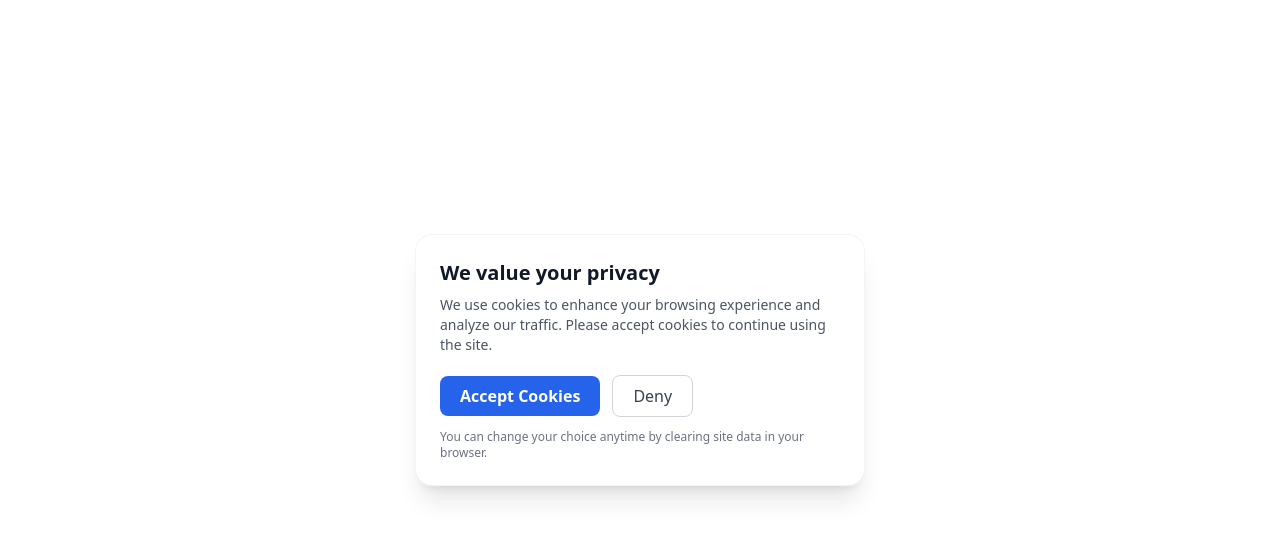
Repository: sailochan19171/tinku-co-pet-nutrition-website-
Page: / (app in project/)
These files come from the project's save history. The page is drawn as it stood at one moment and after the next save; the edit follows.
The browser window is 1280 px wide. The pictures show the whole page.
The page's requests for data from a server got no answer. The project was rebuilt for these pictures with package versions that can differ from the ones it lists, and the page was loaded fresh each time. No one was signed in, and anything a server would have sent is missing. Also part of the build but not shown: project/vite.config.ts, project/src/components/AuthModal.tsx, project/src/components/Header.tsx, project/src/components/Hero.tsx, project/src/components/ProductCategories.tsx, project/src/components/Muscles.tsx, project/src/components/HealthBenefits.tsx, project/src/components/NutritionScience.tsx and 10 more.

Above is the page before, as saved 2025-09-14 10:49:18.

### project/index.html
<!doctype html>
<html lang="en">
  <head>
    <meta charset="UTF-8" />
    <link rel="icon" type="image/svg+xml" href="/vite.svg" />
    <meta name="viewport" content="width=device-width, initial-scale=1.0" />
    <title>Tinku & Co. - Premium Pet Nutrition</title>
    <meta name="description" content="Advanced pet nutrition backed by science. Discover high-quality, scientifically formulated pet food for dogs and cats from Tinku & Co." />
    <script src="https://checkout.razorpay.com/v1/checkout.js"></script>
  </head>
  <body>
    <div id="root"></div>
    <script type="module" src="/src/main.tsx"></script>
  </body>
</html>

### project/src/App.tsx
import React, { useEffect, useState } from 'react';
import { Routes, Route } from 'react-router-dom';
import Header from './components/Header';
import Hero from './components/Hero';
import ProductCategories from './components/ProductCategories';

import Muscles from './components/Muscles';
import HealthBenefits from './components/HealthBenefits';
import NutritionScience from './components/NutritionScience';
import NutritionGuide from './components/NutritionGuide';
// import Testimonials from './components/Testimonials';
import AboutUs from './components/AboutUs';
import FAQ from './components/FAQ';

import ChatBot from './components/ChatBot';
import Footer from './components/Footer';
import PetQuizModal from './components/PetQuizModal';
import MealPlanPreview from './components/MealPlanPreview';
import SplashScreen from './components/SplashScreen';
import CookieGate from './components/CookieGate';

// New pages
import QuizPage from './pages/QuizPage';
import JourneyPage from './pages/JourneyPage';

function Home() {
  const [quizOpen, setQuizOpen] = useState(false);
  return (
    <div className="min-h-screen bg-white">
      <Header />
      <main className="space-y-20">
        <Hero onStartQuiz={() => setQuizOpen(true)} />
        <MealPlanPreview />
        <ProductCategories />
        <Muscles />
        <HealthBenefits />
        <NutritionScience />
        <NutritionGuide />
        <AboutUs />
        <FAQ />
      </main>
      <ChatBot />
      <Footer />
      <PetQuizModal open={quizOpen} onClose={() => setQuizOpen(false)} />
    </div>
  );
}

function App() {
  const [showSplash, setShowSplash] = useState(true);

  useEffect(() => {
    // Fallback to hide splash in case the SplashScreen onFinish doesn't fire
    const t = setTimeout(() => setShowSplash(false), 1500);
    return () => clearTimeout(t);
  }, []);

  return (
    <CookieGate>
      {showSplash && (
        <SplashScreen onFinish={() => setShowSplash(false)} />
      )}
      {!showSplash && (
        <Routes>
          <Route path="/" element={<Home />} />
          <Route path="/find-recipe" element={<QuizPage />} />
          <Route path="/start-journey" element={<JourneyPage />} />
        </Routes>
      )}
    </CookieGate>
  );
}

export default App;

### project/src/index.css
@tailwind base;
@tailwind components;
@tailwind utilities;

/* Base typography and smoothing for a premium feel */
@layer base {
  html { scroll-behavior: smooth; }
  body {
    @apply antialiased text-gray-900 bg-white;
  }
}

/* Reusable layout helpers */
@layer components {
  .container-premium { @apply max-w-7xl mx-auto px-6 lg:px-8; }
  .section-premium { @apply py-20 sm:py-24; }
  .heading-hero { @apply text-4xl sm:text-5xl md:text-6xl lg:text-7xl font-bold text-blue-600; }
  .heading-section { @apply text-4xl lg:text-5xl font-bold text-blue-600; }
  .btn-primary { @apply inline-flex items-center justify-center bg-blue-600 hover:bg-blue-700 text-white font-semibold py-3.5 px-7 rounded-lg transition-colors; }
  .card-soft { @apply bg-white rounded-xl shadow-sm ring-1 ring-gray-100; }
}

### project/src/components/CookieGate.tsx
import React, { useEffect, useState } from 'react';

// A hard gate that prevents app rendering until cookies are accepted.
// Stores a signed-style marker in localStorage (no real crypto, just a simple token).

const STORAGE_KEY = 'tinku.cookie.consent.v1';

function generateToken() {
  // Simple pseudo-token; for real signing, use server.
  return 'consented.' + Math.random().toString(36).slice(2) + '.' + Date.now();
}

const CookieGate: React.FC<{ children: React.ReactNode }> = ({ children }) => {
  const [consented, setConsented] = useState<boolean | null>(null);

  useEffect(() => {
    const existing = localStorage.getItem(STORAGE_KEY);
    setConsented(Boolean(existing));
  }, []);

  if (consented) {
    return <>{children}</>;
  }

  if (consented === null) {
    // first render before we check storage
    return null;
  }

  return (
    <div className="fixed inset-0 z-[1100] flex items-center justify-center bg-white">
      <div className="max-w-md mx-auto p-6 rounded-2xl shadow-xl ring-1 ring-gray-100 bg-white">
        <h2 className="text-xl font-semibold text-gray-900">We value your privacy</h2>
        <p className="mt-2 text-sm text-gray-600">
          We use cookies to enhance your browsing experience and analyze our traffic. Please accept cookies to continue using the site.
        </p>
        <div className="mt-5 flex items-center gap-3">
          <button
            className="btn-primary px-5 py-2 rounded-lg"
            onClick={() => {
              const token = generateToken();
              localStorage.setItem(STORAGE_KEY, token);
              setConsented(true);
            }}
          >
            Accept Cookies
          </button>
          <button
            className="inline-flex items-center justify-center px-5 py-2 rounded-lg border border-gray-300 text-gray-700 hover:bg-gray-50"
            onClick={() => {
              // Deny keeps the gate; user cannot access the site.
              // Optionally, you could redirect to an info page.
              alert('You must accept cookies to use this website.');
            }}
          >
            Deny
          </button>
        </div>
        <p className="mt-3 text-xs text-gray-500">
          You can change your choice anytime by clearing site data in your browser.
        </p>
      </div>
    </div>
  );
};

export default CookieGate;

### project/tailwind.config.js
/** @type {import('tailwindcss').Config} */
export default {
  content: ['./index.html', './src/**/*.{js,ts,jsx,tsx}'],
  theme: {
    extend: {
      colors: {
        // Brand palette from screenshot
        brand: {
          primary: '#2f7ebe', // blue
          primaryDark: '#23648f',
          accent1: '#e97451', // secondary warm
          accent2: '#f58870',
          tint1: '#ffe4d0',
          tint2: '#c0e2f7',
        },
      },
    },
  },
  plugins: [],
};

Loaded but not shown: project/src/main.tsx (common file)

After the next save:
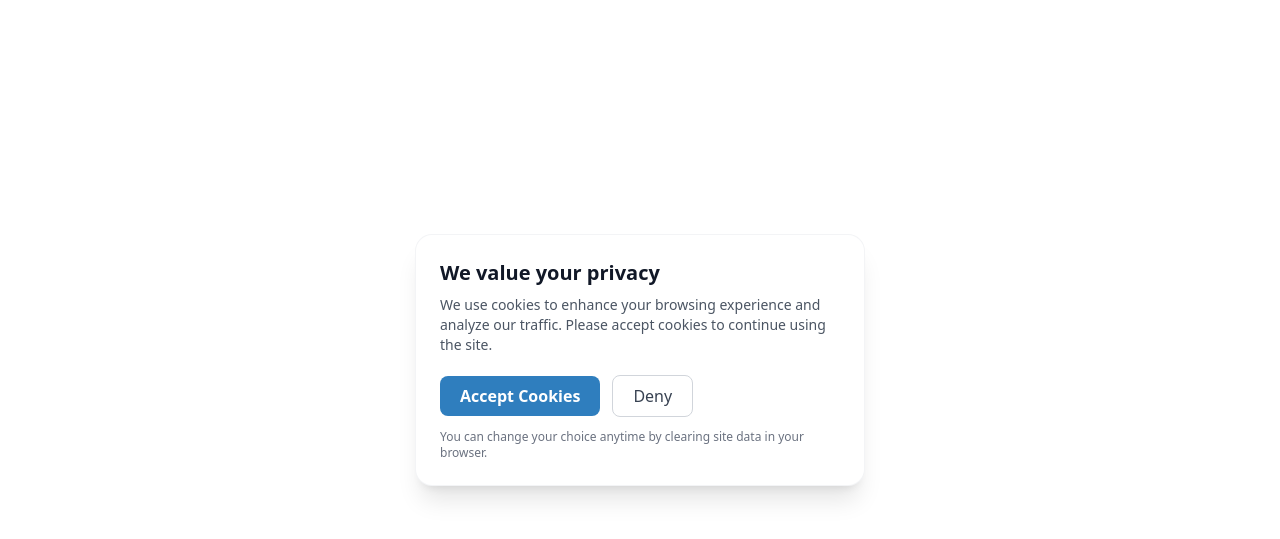
Saved 3 s later.
--- a/project/src/index.css
+++ b/project/src/index.css
@@ -10,12 +10,12 @@
   }
 }
 
-/* Reusable layout helpers */
+/* Reusable layout helpers aligned to brand palette */
 @layer components {
   .container-premium { @apply max-w-7xl mx-auto px-6 lg:px-8; }
   .section-premium { @apply py-20 sm:py-24; }
-  .heading-hero { @apply text-4xl sm:text-5xl md:text-6xl lg:text-7xl font-bold text-blue-600; }
-  .heading-section { @apply text-4xl lg:text-5xl font-bold text-blue-600; }
-  .btn-primary { @apply inline-flex items-center justify-center bg-blue-600 hover:bg-blue-700 text-white font-semibold py-3.5 px-7 rounded-lg transition-colors; }
-  .card-soft { @apply bg-white rounded-xl shadow-sm ring-1 ring-gray-100; }
+  .heading-hero { @apply text-4xl sm:text-5xl md:text-6xl lg:text-7xl font-bold text-brand-primary; }
+  .heading-section { @apply text-4xl lg:text-5xl font-bold text-brand-primary; }
+  .btn-primary { @apply inline-flex items-center justify-center bg-brand-primary hover:bg-brand-primaryDark text-white font-semibold py-3.5 px-7 rounded-lg transition-colors; }
+  .card-soft { @apply bg-white rounded-xl shadow-sm ring-1 ring-[color:var(--ring-color,theme(colors.brand.tint2))]; }
 }
